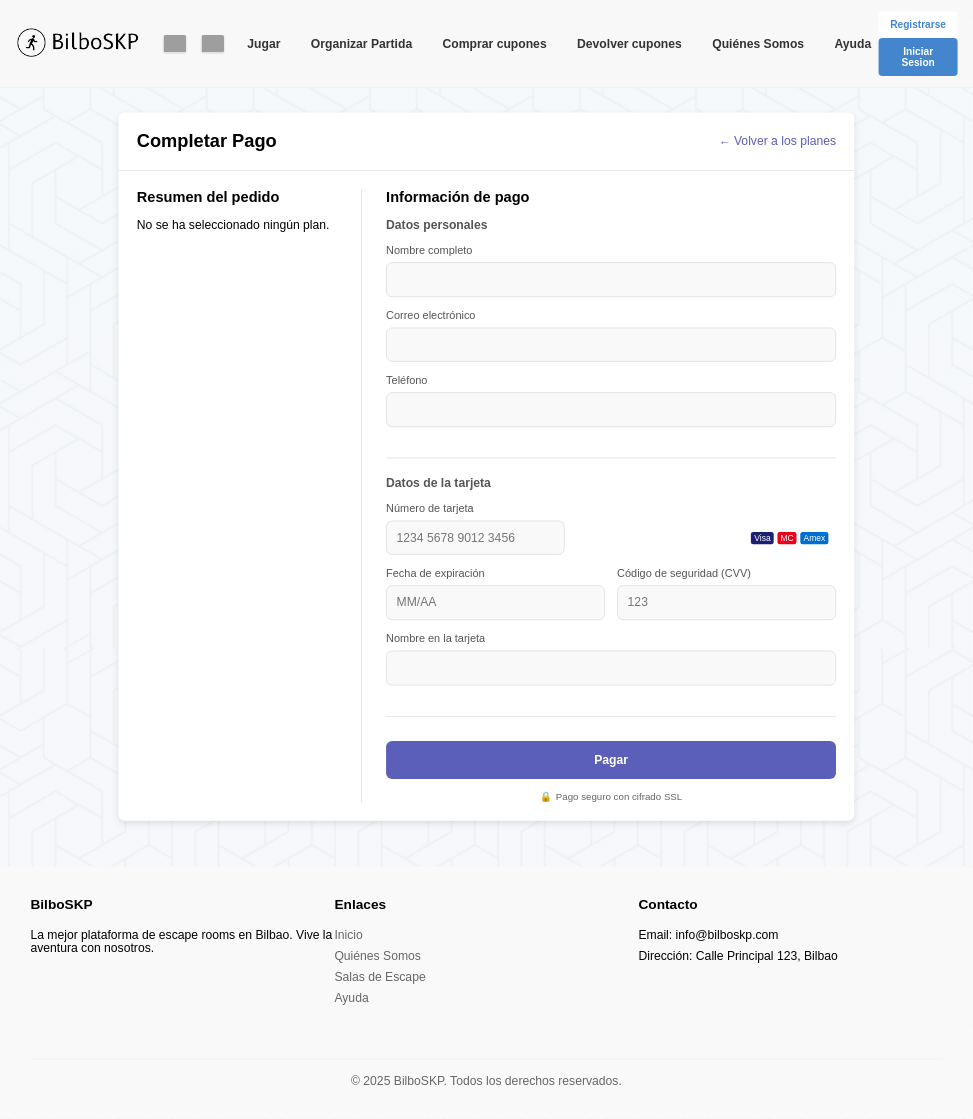
Repository: Andrew1447/Reto3-main
Page: http://localhost/bilboSKP/Pasarela.jsp
The author's editor kept a copy of each file at every save. The page is drawn from the files as they stood at one save, then again after the next save.
The browser window is 1280 px wide. The pictures show the whole page, at 76% of full size.
Pictures or frames that could not be fetched are drawn as grey boxes. Backgrounds fixed to the window are drawn as part of the page. Some web fonts or font styles are not loaded; a fallback is used. The page is served by Tomcat 9. Other server files are loaded and not shown. The template is opened directly, without the code that normally fills it, so the values that code supplies are empty.

Above is the page before, as saved 2025-04-27 15:30:47.

### bilboSKP/src/main/webapp/Pasarela.jsp
<%@ page language="java" contentType="text/html; charset=UTF-8" pageEncoding="UTF-8"%>
<!DOCTYPE html>
<html lang="es">
<head>
    <meta charset="UTF-8">
    <meta name="viewport" content="width=device-width, initial-scale=1.0">
    <title>Pasarela de Pagos - BilboSKP</title>
    <link rel="stylesheet" href="styles/style.css">
    <link rel="stylesheet" href="styles/Pasarela.css">
    <link rel="preconnect" href="https://fonts.googleapis.com">
    <link rel="preconnect" href="https://fonts.gstatic.com" crossorigin>
    <link href="https://fonts.googleapis.com/css2?family=Ubuntu:ital,wght@0,300;0,400;0,500;0,700;1,300;1,400;1,500;1,700&display=swap" rel="stylesheet">
</head>
<body>
<header>
    <div class="logo-container">
        <a href="Index.jsp"><img src="img/bilboskp-high-resolution-logo-removebg-preview.png"></a>

        <div class="language-selector">
                <a href="?lang=es" title="Español">
                    <img src="https://upload.wikimedia.org/wikipedia/commons/thumb/9/9a/Flag_of_Spain.svg/1200px-Flag_of_Spain.svg.png" alt="Bandera de España">
                </a>
                <a href="?lang=en" title="English">
                    <img src="https://upload.wikimedia.org/wikipedia/commons/thumb/8/83/Flag_of_the_United_Kingdom_%283-5%29.svg/1200px-Flag_of_the_United_Kingdom_%283-5%29.svg.png" alt="Bandera del Reino Unido">
                </a>
            </div>
        </div>

    <nav>

        <a href="EscapeRooms.jsp">Jugar</a>
        <a href="OrganizarPartida.jsp">Organizar Partida</a>
        <a href="Packcupones.jsp">Comprar cupones</a>
		<a href="DevolverCupones.jsp">Devolver cupones</a>
        <a href="QuienesSomos.jsp">Quiénes Somos</a>
        <a href="Ayuda.jsp">Ayuda</a>

        <%
            Integer idRolUsuario = (Integer) request.getAttribute("idRol");
            Integer idCentroSesion = (Integer) request.getAttribute("idCentroSesion");

            // Mostrar "Registrar Centro" solo si el usuario no está logueado como centro
            if (idCentroSesion == null && idRolUsuario != null && idRolUsuario.equals(2)) {
        %>
                <a href="CentroRegistro.jsp">Registrar Centro</a>
        <%
            }
        %>
    </nav>

<div class="botones">
    <%
        String nombreSesion = (String) request.getAttribute("nombreSesion");
        String tipoUsuario = (String) request.getAttribute("tipoUsuario");
        Integer saldoCupones = (Integer) request.getAttribute("saldoCupones");

        if (nombreSesion != null && !nombreSesion.isEmpty()) {
            if (tipoUsuario != null && tipoUsuario.equals("usuario")) {
    %>
                <span class="nombre-usuario">Bienvenido, <%= nombreSesion %> (<%= saldoCupones != null ? saldoCupones : 0 %> cupones)</span>
                <button onclick="window.location.href='LogoutServlet'">Cerrar Sesión</button>
    <%
            } else if (tipoUsuario != null && tipoUsuario.equals("centro")) {
    %>
                <span class="nombre-centro">Bienvenido, <%= nombreSesion %></span>
                <button onclick="window.location.href='LogoutCentroServlet'">Cerrar Sesión</button>
    <%
            }
        } else {
    %>
        <button class= "registrarse" onclick="window.location.href='Registrar.jsp'">Registrarse</button>
        <button onclick="window.location.href='login.jsp'">Iniciar Sesion</button>
    <%
        }
    %>
</div>
    </header>

<main>
    <div class="checkout-container">
        <div class="checkout-header">
            <h2>Completar Pago</h2>
            <a href="#" class="back-link" onclick="window.history.back(); return false;">← Volver a los planes</a>
        </div>

        <div class="checkout-content">
            <div class="order-summary">
                <h3>Resumen del pedido</h3>

                <%
                    String planNombreMostrar = request.getParameter("planNombre");
                    String planPrecioMostrar = request.getParameter("planPrecio");
                    String cantidadCuponesPlan = request.getParameter("cantidadCuponesPlan");
                %>

                <% if (planNombreMostrar != null && !planNombreMostrar.isEmpty()) { %>
                    <h4><%= planNombreMostrar %></h4>
                <% } %>

                <% if (planPrecioMostrar != null && !planPrecioMostrar.isEmpty()) { %>
                    <div class="selected-plan">
                        <div class="plan-details">
                            <div class="plan-price"><%= planPrecioMostrar %></div>
                        </div>
                    </div>
                <% } else { %>
                    <p>No se ha seleccionado ningún plan.</p>
                <% } %>

                <% if (cantidadCuponesPlan != null && !cantidadCuponesPlan.isEmpty()) { %>
                    <p><strong>Incluye:</strong> <%= cantidadCuponesPlan %> cupones 🎟️</p>
                <% } %>
            </div>

            <div class="payment-form-container">
                <h3>Información de pago</h3>

                <form id="payment-form" class="payment-form" action="ProcesarPagoServlet" method="post">
                    <div class="form-section">
                        <h4>Datos personales</h4>
                        <div class="form-row">
                            <div class="form-group">
                                <label for="name">Nombre completo</label>
                                <input type="text" id="name" name="name" required>
                            </div>
                        </div>
                        <div class="form-row">
                            <div class="form-group">
                                <label for="email">Correo electrónico</label>
                                <input type="email" id="email" name="email" required>
                            </div>
                        </div>
                        <div class="form-row">
                            <div class="form-group">
                                <label for="phone">Teléfono</label>
                                <input type="tel" id="phone" name="phone" required>
                            </div>
                        </div>
                    </div>

                    <div class="form-section">
                        <h4>Datos de la tarjeta</h4>
                        <div class="form-row">
                            <div class="form-group">
                                <label for="card-number">Número de tarjeta</label>
                                <div class="card-input-container">
                                    <input type="text" id="card-number" name="card-number" placeholder="1234 5678 9012 3456" required>
                                    <div class="card-icons">
                                        <span class="card-icon visa">Visa</span>
                                        <span class="card-icon mastercard">MC</span>
                                        <span class="card-icon amex">Amex</span>
                                    </div>
                                </div>
                            </div>
                        </div>
                        <div class="form-row two-columns">
                            <div class="form-group">
                                <label for="expiry">Fecha de expiración</label>
                                <input type="text" id="expiry" name="expiry" placeholder="MM/AA" required>
                            </div>
                            <div class="form-group">
                                <label for="cvv">Código de seguridad (CVV)</label>
                                <input type="text" id="cvv" name="cvv" placeholder="123" required>
                            </div>
                        </div>
                        <div class="form-row">
                            <div class="form-group">
                                <label for="card-name">Nombre en la tarjeta</label>
                                <input type="text" id="card-name" name="card-name" required>
                            </div>
                        </div>
                    </div>

                    <div class="payment-actions">
                        <input type="hidden" name="planNombre" value="<%= planNombreMostrar %>">
                        <input type="hidden" name="planPrecio" value="<%= planPrecioMostrar %>">
                        <input type="hidden" name="cantidadCupones" value="<%= cantidadCuponesPlan %>">
                        <button type="submit" class="pay-button">Pagar</button>
                        <div class="secure-payment">
                            <span class="lock-icon">🔒</span> Pago seguro con cifrado SSL
                        </div>
                    </div>
                </form>

            </div>
        </div>
    </div>
</main>

<footer>
        <div class="container">
            <div class="footer-content">
                <div class="footer-column">
                    <h3>BilboSKP</h3>
                    <p>La mejor plataforma de escape rooms en Bilbao. Vive la aventura con nosotros.</p>
                </div>
                <div class="footer-column">
                    <h3>Enlaces</h3>
                    <ul>
                        <li><a href="Index.jsp">Inicio</a></li>
                        <li><a href="QuienesSomos.jsp">Quiénes Somos</a></li>
                        <li><a href="EscapeRooms.jsp">Salas de Escape</a></li>
                        <li><a href="Ayuda.jsp">Ayuda</a></li>
                    </ul>
                </div>
                <div class="footer-column">
                    <h3>Contacto</h3>
                    <ul>
                        <li>Email: info@bilboskp.com</li>
                        <li>Dirección: Calle Principal 123, Bilbao</li>
                    </ul>
                </div>
            </div>
            <div class="footer-bottom">
                <p>&copy; 2025 BilboSKP. Todos los derechos reservados.</p>
            </div>
        </div>
    </footer>
</body>
</html>

### bilboSKP/src/main/webapp/styles/style.css
body {
    font-family: "Ubuntu", sans-serif;
    font-weight: 500;
    font-style: normal;
    background-color: #f4f7fa;
    margin: 0;
    padding: 0;
    background-image: linear-gradient(rgba(244, 247, 250, 0.85), rgba(244, 247, 250, 0.85)), url('../img/fondod.png');
    background-repeat: no-repeat;
    background-size: cover;
    background-position: center;
    background-attachment: fixed; /* Esto asegura que el fondo permanezca fijo */
}

.logo-container {
            display: flex;
            align-items: center;
        }

        .logo-container img {
            height: 50px;
            width: auto;
        }

  .language-selector {
            display: flex;
            align-items: center;
            margin-left: 20px;
        }

        .language-selector a {
            display: flex;
            align-items: center;
            margin: 0 5px;
            padding: 5px;
            border-radius: 4px;
            transition: background-color 0.2s;
        }

        .language-selector a:hover {
            background-color: #f0f0f0;
        }

        .language-selector img {
            width: 30px;
            height: auto;
            border-radius: 3px;
            box-shadow: 0 1px 2px rgba(0, 0, 0, 0.2);
        }

header {
    display: grid;
    grid-template-columns: 1fr auto 1fr;
    align-items: center;
    padding: 15px 20px;
    background-color: #f8f8f8;
    border-bottom: 1px solid #eee;
}

header > a:first-child {
    justify-self: start;
}

header a img {
    max-height: 50px;
}

header nav {
    grid-column: 2;
    display: flex;
    justify-content: center;
    gap: 20px; /* Equal spacing between links */
}

header nav a {
    text-decoration: none;
    color: #333;
    margin-left: 20px;
    font-weight: bold;
}

header nav a:hover {
    color: #4386ce;
}

header button {
    background-color: #4386ce;
    color: white;
    border: none;
    padding: 10px 15px;
    border-radius: 5px;
    cursor: pointer;
    margin-left: 10px;
    font-weight: bold;
}

header button:hover {
    background-color: #437cb8;
}


body{
  font-family: "Ubuntu", sans-serif;
  font-weight: 500;
  font-style: normal;
  background-repeat: no-repeat;
  background-size: cover;
  background-attachment: fixed;
}

.botones {
    grid-column: 3;
    justify-self: end;
}

.registrarse{
    background-color: #ffff;
    color: #4386ce;
    font-weight: bold;
}
.registrarse:hover{
    background-color: #cfcfcf;
    color: #4386ce;
    font-weight: bold;
}



	.container {
	width: 100%;
    max-width: 1200px;
    margin: 0 auto;
	}


        /* Footer */
        footer {
            background-color: #f9f9f9;
            padding: 40px 0;
            margin-top: 60px;
        }

        .footer-content {
            display: flex;
            justify-content: space-between;
            flex-wrap: wrap;
        }

        .footer-column {
            flex: 1;
            min-width: 200px;
            margin-bottom: 20px;
        }

        .footer-column h3 {
            margin-bottom: 20px;
            font-size: 18px;
        }

        .footer-column ul {
            list-style: none;
        }

        .footer-column ul li {
            margin-bottom: 10px;
        }

        .footer-column ul li a {
            text-decoration: none;
            color: #666;
        }

        .footer-bottom {
            text-align: center;
            margin-top: 40px;
            padding-top: 20px;
            border-top: 1px solid #eee;
            color: #666;
        }

        /* Responsive */
        @media (max-width: 768px) {
            header {
                flex-direction: column;
                gap: 15px;
            }

            nav ul {
                margin: 15px 0;
                flex-wrap: wrap;
                justify-content: center;
            }

            .about-content {
                flex-direction: column;
            }

            .features {
                grid-template-columns: 1fr;
            }

            .carousel-container {
                height: 300px;
            }
        }

### bilboSKP/src/main/webapp/styles/Pasarela.css
:root {
    --simple-color: #5e4fb0;
    --savings-color: #5b5fb9;
    --family-color: #b05050;
    --text-color: #333;
    --light-text: #fff;
    --background: #f5f7fa;
    --card-bg: #fff;
    --border-color: #e0e0e0;
    --border-radius: 8px;
    --input-bg: #f9f9f9;
    --input-border: #ddd;
    --input-focus: #5b5fb9;
}

* {
    margin: 0;
    padding: 0;
    box-sizing: border-box;
}

body {
	font-family: "Ubuntu", sans-serif;
    font-weight: 500;
  	font-style: normal;
  	background-repeat: no-repeat;
 	background-size: cover;
  	background-attachment: fixed;
}

.logo {
    display: flex;
    align-items: center;
}

.accessibility-icon {
    font-size: 1.5rem;
    margin-right: 0.5rem;
    text-decoration: none;
    color: var(--text-color);
}

h1 {
    font-size: 1.5rem;
    font-weight: 700;
}
header nav a {
    text-decoration: none;
    color: #333;
    margin-left: 20px;
    font-weight: bold;
}

header nav a:hover {
    color: #4386ce;
}

main {
    max-width: 1000px;
    margin: 2rem auto;
    padding: 0 1rem;
}

.checkout-container {
    background-color: var(--card-bg);
    border-radius: var(--border-radius);
    box-shadow: 0 4px 10px rgba(0, 0, 0, 0.1);
    overflow: hidden;
}

.checkout-header {
    padding: 1.5rem;
    border-bottom: 1px solid var(--border-color);
    display: flex;
    justify-content: space-between;
    align-items: center;
}

.checkout-header h2 {
    font-size: 1.5rem;
    font-weight: 600;
}

.back-link {
    color: var(--savings-color);
    text-decoration: none;
    font-weight: 500;
    transition: opacity 0.3s;
}

.back-link:hover {
    opacity: 0.8;
}

.checkout-content {
    display: grid;
    grid-template-columns: 1fr 2fr;
    gap: 2rem;
    padding: 1.5rem;
}

/* Resumen del pedido */
.order-summary {
    padding-right: 1.5rem;
    border-right: 1px solid var(--border-color);
}

.order-summary h3 {
    margin-bottom: 1rem;
    font-size: 1.2rem;
}

.selected-plan {
    border-radius: var(--border-radius);
    overflow: hidden;
    box-shadow: 0 2px 5px rgba(0, 0, 0, 0.1);
}

.plan-header {
    padding: 1rem;
    color: var(--light-text);
}

.plan-ahorro .plan-header {
    background-color: var(--savings-color);
}

.plan-simple .plan-header {
    background-color: var(--simple-color);
}

.plan-familiar .plan-header {
    background-color: var(--family-color);
}

.plan-header h4 {
    margin-bottom: 0.5rem;
}

.plan-details {
    padding: 1rem;
    background-color: #f9f9f9;
}

.plan-price {
    font-weight: 600;
    font-size: 1.1rem;
    margin-bottom: 0.5rem;
}

.plan-feature {
    display: flex;
    justify-content: space-between;
    margin-top: 0.5rem;
    font-size: 0.9rem;
}

/* Formulario de pago */
.payment-form-container h3 {
    margin-bottom: 1rem;
    font-size: 1.2rem;
}

.form-section {
    margin-bottom: 1.5rem;
    padding-bottom: 1.5rem;
    border-bottom: 1px solid var(--border-color);
}

.form-section h4 {
    margin-bottom: 1rem;
    font-size: 1rem;
    color: #555;
}

.form-row {
    margin-bottom: 1rem;
}

.two-columns {
    display: grid;
    grid-template-columns: 1fr 1fr;
    gap: 1rem;
}

.form-group {
    display: flex;
    flex-direction: column;
}

.form-group label {
    margin-bottom: 0.5rem;
    font-size: 0.9rem;
    color: #555;
}

.form-group input {
    padding: 0.8rem;
    border: 1px solid var(--input-border);
    border-radius: var(--border-radius);
    background-color: var(--input-bg);
    font-size: 1rem;
    transition: border-color 0.3s;
}

.form-group input:focus {
    outline: none;
    border-color: var(--input-focus);
    box-shadow: 0 0 0 2px rgba(91, 95, 185, 0.2);
}

.card-input-container {
    position: relative;
}

.card-icons {
    position: absolute;
    right: 10px;
    top: 50%;
    transform: translateY(-50%);
    display: flex;
    gap: 5px;
}

.card-icon {
    font-size: 0.7rem;
    padding: 2px 4px;
    border-radius: 3px;
    color: white;
}

.visa {
    background-color: #1a1f71;
}

.mastercard {
    background-color: #eb001b;
}

.amex {
    background-color: #006fcf;
}

.payment-actions {
    margin-top: 2rem;
    display: flex;
    flex-direction: column;
    align-items: center;
}

.pay-button {
    width: 100%;
    padding: 1rem;
    background-color: var(--savings-color);
    color: var(--light-text);
    border: none;
    border-radius: var(--border-radius);
    font-size: 1rem;
    font-weight: 600;
    cursor: pointer;
    transition: background-color 0.3s;
}

.pay-button:hover {
    background-color: #4a4e96;
}

.secure-payment {
    margin-top: 1rem;
    font-size: 0.8rem;
    color: #666;
    display: flex;
    align-items: center;
    gap: 5px;
}

/* Responsive design */
@media (max-width: 768px) {
    header {
        flex-direction: column;
        padding: 1rem;
    }

    nav ul {
        margin-top: 1rem;
    }

    nav ul li {
        margin-left: 1rem;
        margin-right: 1rem;
    }

    .checkout-content {
        grid-template-columns: 1fr;
    }

    .order-summary {
        padding-right: 0;
        border-right: none;
        border-bottom: 1px solid var(--border-color);
        padding-bottom: 1.5rem;
        margin-bottom: 1.5rem;
    }
}

@media (max-width: 480px) {
    nav ul {
        flex-direction: column;
        align-items: center;
    }

    nav ul li {
        margin: 0.5rem 0;
    }

    .two-columns {
        grid-template-columns: 1fr;
    }

    .checkout-header {
        flex-direction: column;
        align-items: flex-start;
    }

    .back-link {
        margin-top: 0.5rem;
    }
}

After the next save:
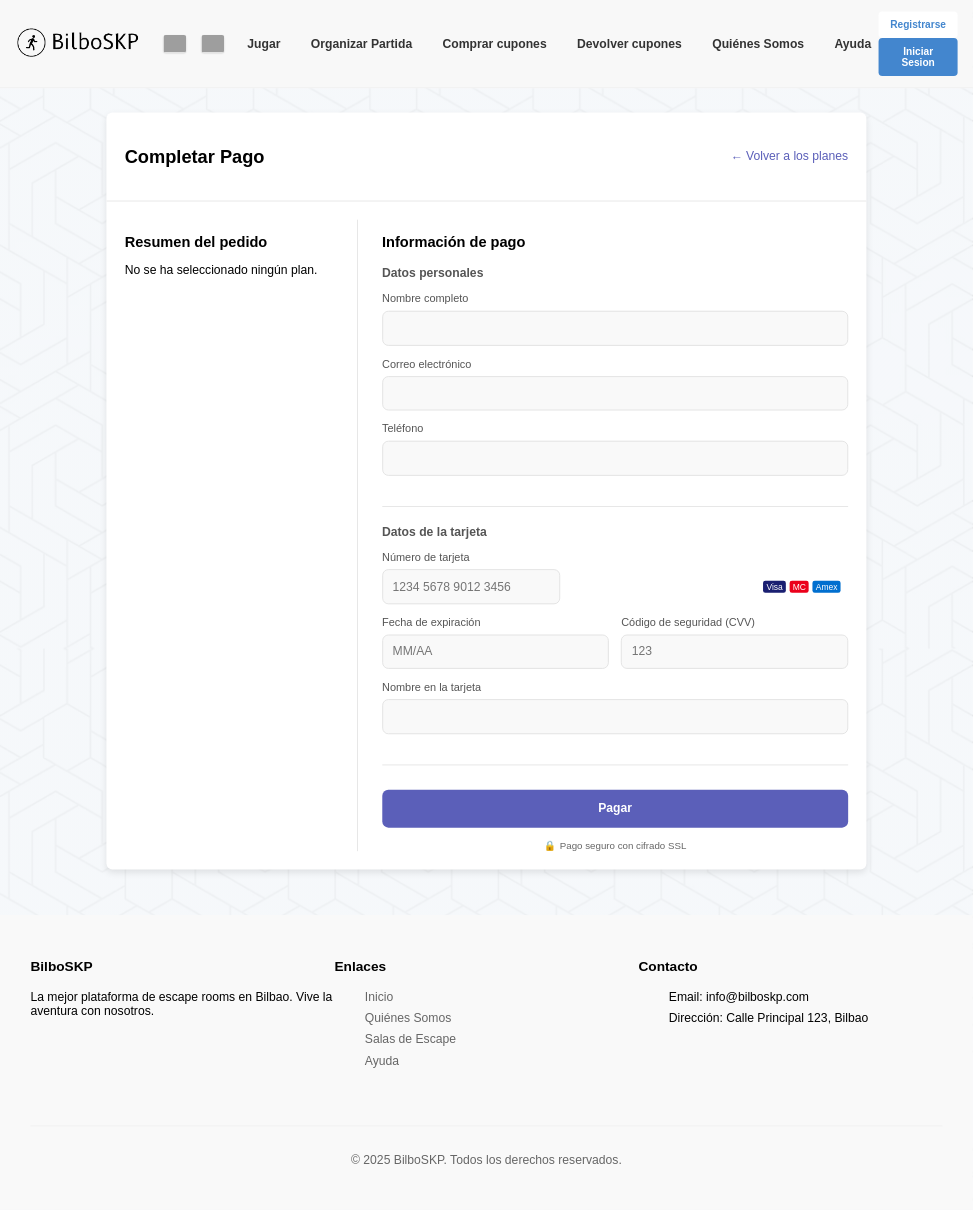
Saved 11 s later.
--- a/bilboSKP/src/main/webapp/styles/Pasarela.css
+++ b/bilboSKP/src/main/webapp/styles/Pasarela.css
@@ -13,12 +13,6 @@
     --input-focus: #5b5fb9;
 }
 
-* {
-    margin: 0;
-    padding: 0;
-    box-sizing: border-box;
-}
-
 body {
 	font-family: "Ubuntu", sans-serif;
     font-weight: 500;
